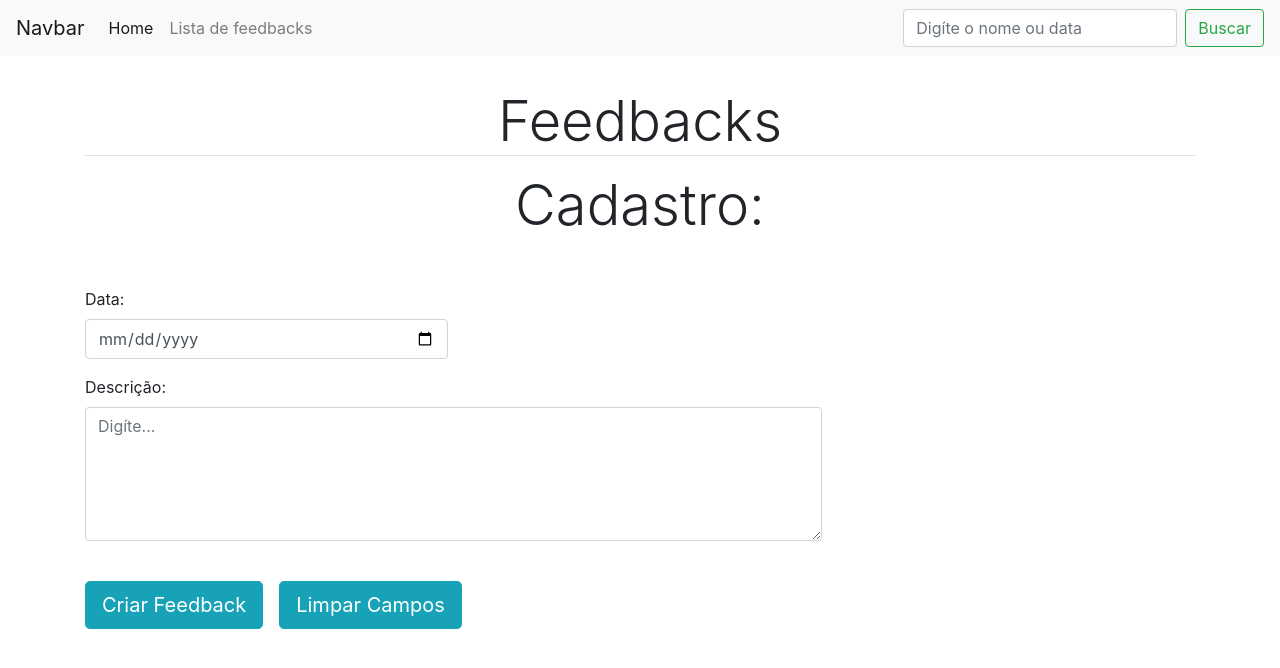
Repository: JulioSantooz/maisViagensSegundaVersao
Page: java-web(eclipse)/java-crud-mais-viagens/src/main/webapp/descricao.html
These files come from the project's save history. The page is drawn as it stood at one moment and after the next save; the edit follows.
The browser window is 1280 px wide. The pictures show the whole page.
Some web libraries are served in a nearby version.

Above is the page before, as saved 2022-02-06 15:39:02.

### java-web(eclipse)/java-crud-mais-viagens/src/main/webapp/descricao.html
<!DOCTYPE html>
<html>
<head>
<meta charset="ISO-8859-1">
<link rel="stylesheet" href="https://maxcdn.bootstrapcdn.com/bootstrap/4.0.0/css/bootstrap.css">
<title>+Viagens - Feedbacks</title>
</head>
<body>

<nav class="navbar navbar-expand-lg navbar-light bg-light">
  <a class="navbar-brand" href="#">Navbar</a>
  <button class="navbar-toggler" type="button" data-toggle="collapse" data-target="#navbarSupportedContent" aria-controls="navbarSupportedContent" aria-expanded="false" aria-label="Toggle navigation">
    <span class="navbar-toggler-icon"></span>
  </button>

  <div class="collapse navbar-collapse" id="navbarSupportedContent">
    <ul class="navbar-nav mr-auto">
      <li class="nav-item active">
        <a class="nav-link" href="index.html">Home <span class="sr-only">(current)</span></a>
      </li>
      <li class="nav-item">
        <a class="nav-link" href="#">Lista de feedbacks</a>
      </li>
    </ul>
    <form class="form-inline my-2 my-lg-0">
      <input name="pesquisa" class="form-control mr-sm-2" type="search" placeholder="Digíte o nome ou data" aria-label="Search">
      <button class="btn btn-outline-success my-2 my-sm-0" type="submit">Buscar</button>
    </form>
  </div>
</nav>

<main class="container text-center mt-3">
	<div class="row">
		<div class="col-12">
			<h1 class="display-4 my-3 border-bottom">Feedbacks</h1>
			<form action="CreateAndFind" method="POST">
			<h1 class="display-4 my-2">Cadastro:</h1>
                <div class="form-row mt-5 d-flex flex-column">
                    <div class="form-group col-4">
                        <label for="" class="float-left">Data:</label>
                        <input name="data" type="date" class="form-control" id="">
                    </div>
                    <div class="form-group col-8">
                        <label for="" class="float-left">Descrição:</label>
                        <textarea name="descricao" maxlength="300" class="form-control" id="" rows="5" placeholder="Digíte..."></textarea>
                    </div>
                </div>
                <button type="submit" class="btn btn-lg btn-info my-4 float-left">Criar Feedback</button>
                <button type="reset" class="btn btn-lg btn-info ml-3 my-4 float-left">Limpar Campos</button>
            </form>
		</div>
	</div>
</main>


<script src="https://code.jquery.com/jquery-3.2.1.slim.min.js"></script>
<script src="https://cdnjs.cloudflare.com/ajax/libs/popper.js/1.12.9/umd/popper.min.js"></script>
<script src="https://maxcdn.bootstrapcdn.com/bootstrap/4.0.0/js/bootstrap.js"></script>

</body>
</html>

After the next save:
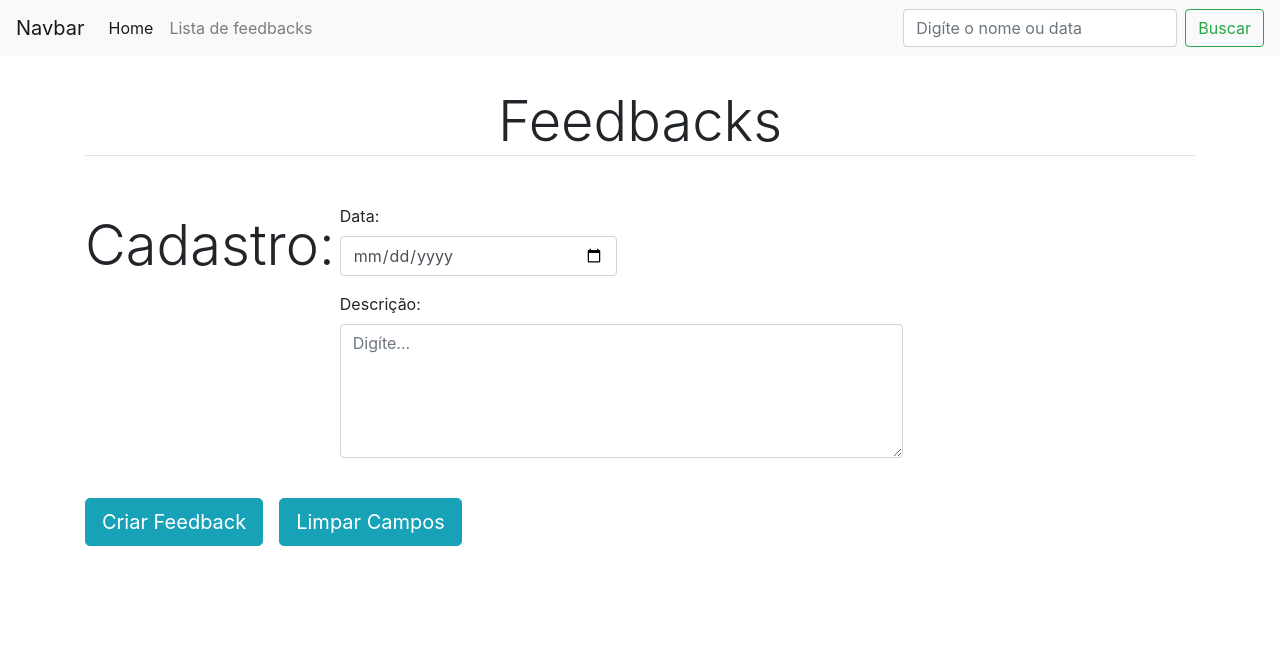
Saved 11 s later.
--- a/java-web(eclipse)/java-crud-mais-viagens/src/main/webapp/descricao.html
+++ b/java-web(eclipse)/java-crud-mais-viagens/src/main/webapp/descricao.html
@@ -34,7 +34,7 @@
 		<div class="col-12">
 			<h1 class="display-4 my-3 border-bottom">Feedbacks</h1>
 			<form action="CreateAndFind" method="POST">
-			<h1 class="display-4 my-2">Cadastro:</h1>
+			<h1 class="display-4 my-2 float-left">Cadastro:</h1>
                 <div class="form-row mt-5 d-flex flex-column">
                     <div class="form-group col-4">
                         <label for="" class="float-left">Data:</label>
